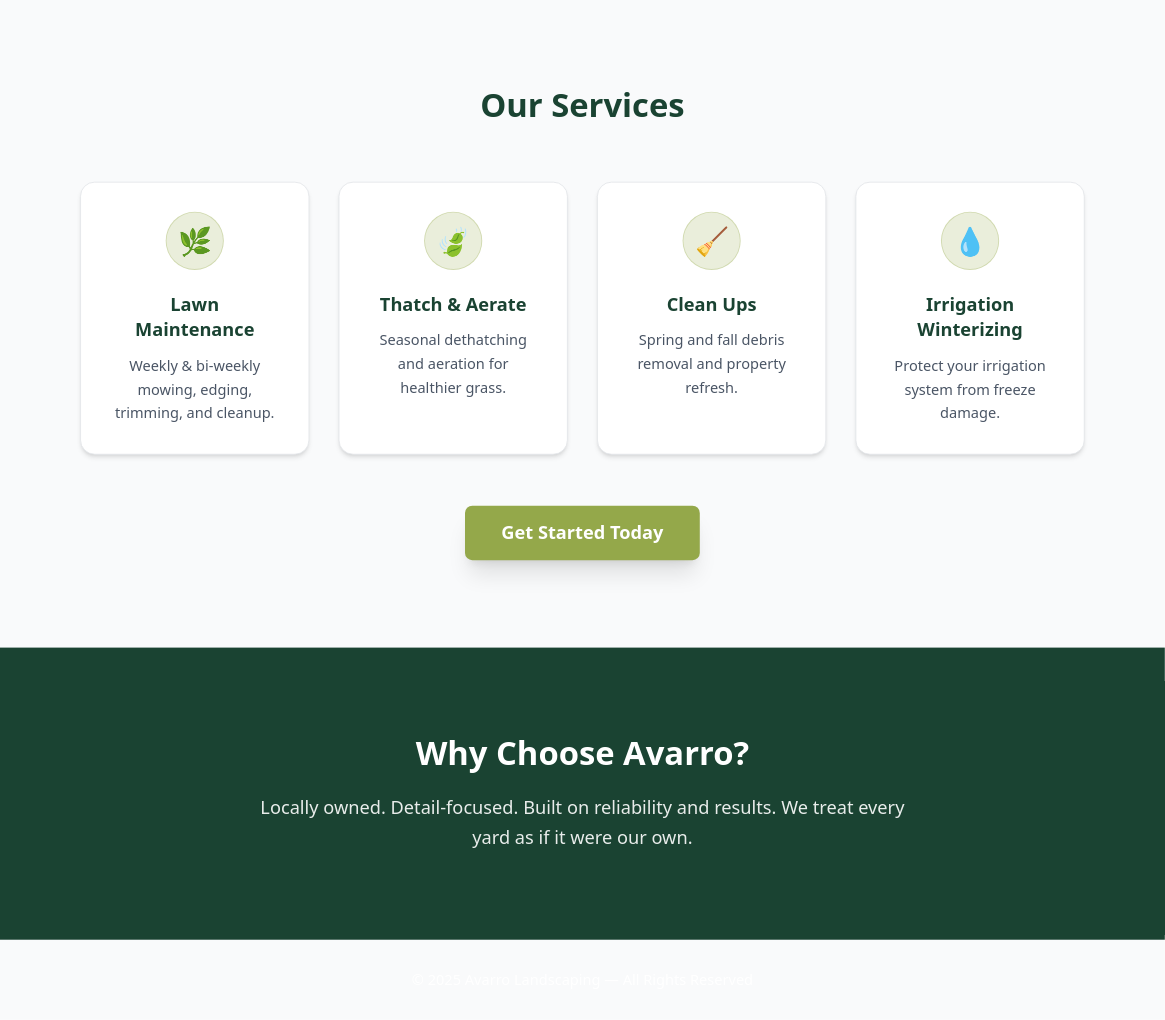
Repository: KalebMalone/Avarro
Page: /
The author's editor kept a copy of each file at every save. The page is drawn from the files as they stood at one save, then again after the next save.
The browser window is 1280 px wide. The pictures show the part of the page from y = 648 to 1769 px (the page is 1769 px tall), at 91% of full size.
The project was rebuilt for these pictures with package versions that can differ from the ones it lists, and the page was loaded fresh each time. Also part of the build but not shown: vite.config.js, src/pages/ServicesPage.jsx, src/pages/About.jsx, src/components/ContactForm.jsx, src/pages/Contact.jsx.

Above is the page before, as saved 2026-01-28 13:59:35.

### index.html
<!doctype html>
<html lang="en">
  <head>
    <meta charset="UTF-8" />
    <link rel="icon" type="image/svg+xml" href="/vite.svg" />
    <meta name="viewport" content="width=device-width, initial-scale=1.0" />
    <title>avarro-site</title>
  </head>
  <body>
    <div id="root"></div>
    <script type="module" src="/src/main.jsx"></script>
  </body>
</html>

### src/App.jsx
import { BrowserRouter as Router, Routes, Route } from "react-router-dom";
import Navbar from "./components/Navbar";
import Footer from "./components/Footer";
import Home from "./pages/Home";
import ServicesPage from "./pages/ServicesPage";
import About from "./pages/About";
import Contact from "./pages/Contact";

export default function App() {
    return (
        <Router>
            {/* min-h-screen + bg-gray-50 keeps the color consistent */}
            <div className="flex flex-col min-h-screen bg-gray-50">
                <Navbar />
                {/* flex-grow pushes footer down on short pages like Contact */}
                <main className="flex-grow pt-32 md:pt-20">
                    <Routes>
                        <Route path="/" element={<Home />} />
                        <Route path="/services" element={<ServicesPage />} />
                        <Route path="/about" element={<About />} />
                        <Route path="/contact" element={<Contact />} />
                    </Routes>
                </main>
                <Footer />
            </div>
        </Router>
    );
}

### src/components/Navbar.jsx
import { Link } from "react-router-dom";

export default function Navbar() {
    return (
        <nav className="fixed top-0 left-0 w-full h-20 bg-white shadow-md z-[100] flex items-center">
            <div className="max-w-7xl mx-auto px-4 w-full flex items-center justify-between">
                <Link to="/" className="text-xl sm:text-2xl font-extrabold text-[#1a4332] no-underline">
                    Avarro
                </Link>

                <div className="flex space-x-3 sm:space-x-8 font-semibold text-gray-700 text-sm sm:text-base">
                    <Link to="/services" className="no-underline hover:text-[#1a4332] transition">Services</Link>
                    <Link to="/about" className="no-underline hover:text-[#1a4332] transition">About</Link>
                    <Link to="/contact" className="no-underline hover:text-[#1a4332] transition">Contact</Link>
                </div>
            </div>
        </nav>
    );
}

### src/components/Footer.jsx
export default function Footer() {
    return (
        <footer className="bg-darkgreen text-white py-8 text-center">
            © {new Date().getFullYear()} Avarro Landscaping — All Rights Reserved
        </footer>
    );
}

### src/pages/Home.jsx
import Hero from "../components/Hero";
import Services from "../components/Services";
import { Link } from "react-router-dom";

export default function Home() {
    return (
        <>
            <Hero />

            <section className="py-24 bg-gray-50">
                <h2 className="text-4xl font-extrabold text-center mb-16 text-[#1a4332]">
                    Our Services
                </h2>
                <div className="max-w-6xl mx-auto px-6">
                    <Services />
                </div>

                <div className="text-center mt-14">
                    <Link
                        to="/contact"
                        className="inline-block bg-[#94a84a] hover:bg-[#1a4332] text-white px-10 py-4 rounded-lg font-bold text-xl shadow-xl no-underline transition active:scale-95"
                    >
                        Get Started Today
                    </Link>
                </div>
            </section>

            {/* Bottom Section - Now perfectly matching Deep Forest Green */}
            <section className="py-24 bg-[#1a4332] text-white text-center">
                <h2 className="text-4xl font-extrabold mb-6">
                    Why Choose Avarro?
                </h2>
                <p className="text-xl opacity-90 max-w-3xl mx-auto px-6 leading-relaxed">
                    Locally owned. Detail-focused. Built on reliability and results.
                    We treat every yard as if it were our own.
                </p>
            </section>
        </>
    );
}

### src/components/Hero.jsx
import { Link } from "react-router-dom";

export default function Hero() {
    return (
        <section className="h-[90vh] bg-[url('https://images.unsplash.com/photo-1603993097397-89e41fdbf1c0?auto=format&fit=crop&w=1950&q=80')] bg-cover bg-center -mt-32 md:-mt-20">
            <div className="h-full flex items-center bg-gradient-to-t from-black/60 to-black/30">
                <div className="max-w-4xl mx-auto px-6 text-center text-white">
                    <h1 className="text-5xl md:text-7xl font-extrabold mb-6 drop-shadow-2xl">
                        Transforming Outdoor Spaces
                    </h1>
                    <p className="text-xl md:text-2xl mb-10 opacity-90">
                        Professional, reliable landscaping services you can trust.
                    </p>
                    <Link
                        to="/contact"
                        className="inline-block bg-[#94a84a] hover:bg-[#1a4332] text-white transition px-10 py-4 rounded-full font-bold text-xl shadow-xl no-underline active:scale-95"
                    >
                        Request a Free Quote
                    </Link>
                </div>
            </div>
        </section>
    );
}

### src/components/Services.jsx
const services = [
    {
        title: "Lawn Maintenance",
        desc: "Weekly & bi-weekly mowing, edging, trimming, and cleanup.",
        icon: "🌿",
    },
    {
        title: "Thatch & Aerate",
        desc: "Seasonal dethatching and aeration for healthier grass.",
        icon: "🍃",
    },
    {
        title: "Clean Ups",
        desc: "Spring and fall debris removal and property refresh.",
        icon: "🧹",
    },
    {
        title: "Irrigation Winterizing",
        desc: "Protect your irrigation system from freeze damage.",
        icon: "💧",
    },
];

export default function Services() {
    return (
        <div className="grid grid-cols-1 sm:grid-cols-2 lg:grid-cols-4 gap-8 items-stretch">
            {services.map((service, i) => (
                <div
                    key={i}
                    className="bg-white rounded-2xl p-8 shadow-md border border-gray-200
                    hover:shadow-xl hover:-translate-y-1 transition-all duration-300
                    text-center flex flex-col items-center w-full h-full"
                >
                    {/* Icon Bubble - Now very visible */}
                    <div className="w-16 h-16 rounded-full bg-[#94a84a]/20
                        flex items-center justify-center text-3xl mb-6 border border-[#94a84a]/30">
                        {service.icon}
                    </div>

                    <h3 className="text-xl font-bold text-[#1a4332] mb-3">
                        {service.title}
                    </h3>

                    <p className="text-gray-600 leading-relaxed flex-grow">
                        {service.desc}
                    </p>
                </div>
            ))}
        </div>
    );
}

Loaded but not shown: src/main.jsx (common file); src/index.css (common file)

After the next save:
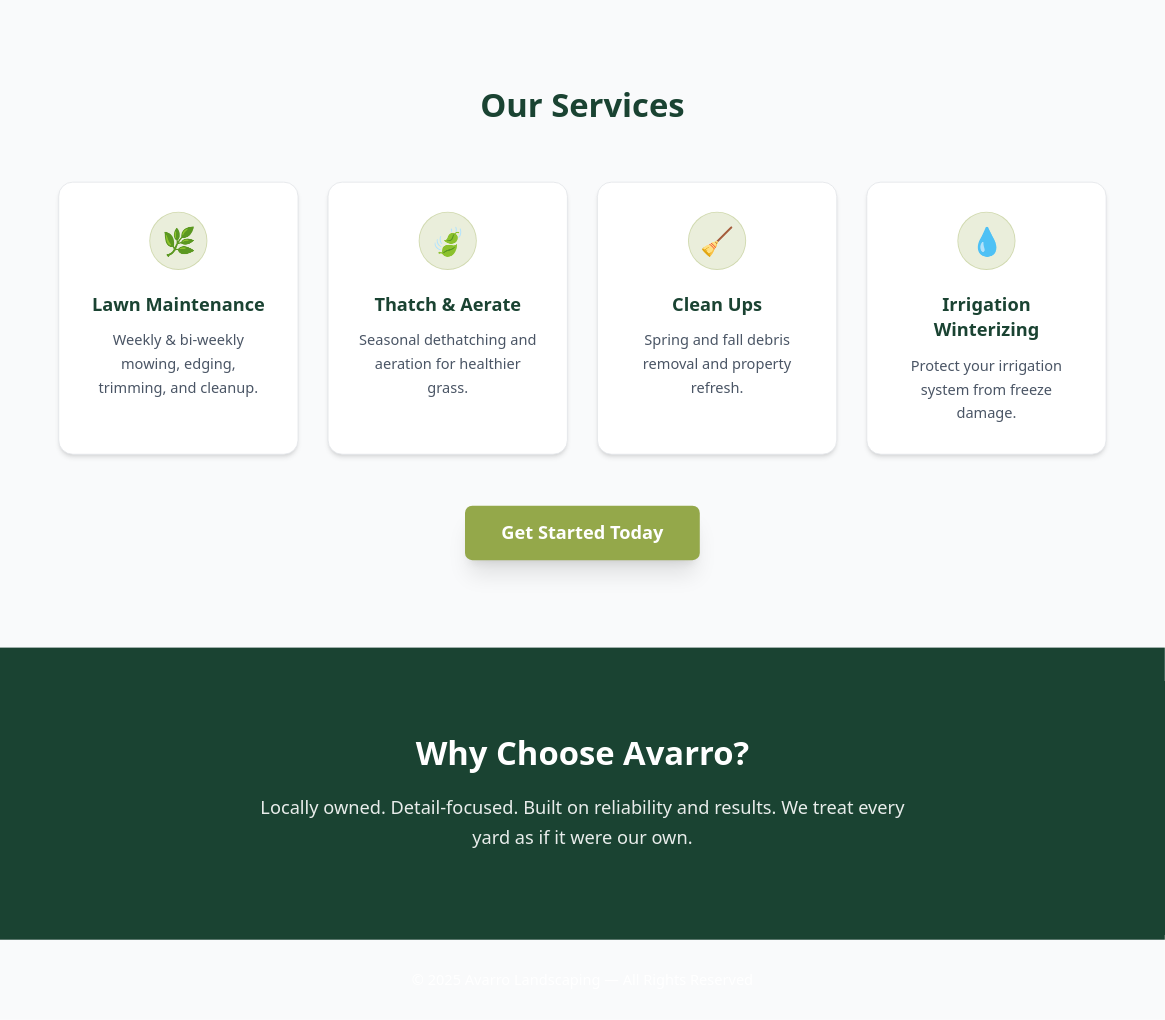
Saved 6 s later.
--- a/src/pages/Home.jsx
+++ b/src/pages/Home.jsx
@@ -4,14 +4,14 @@
 
 export default function Home() {
     return (
-        <>
+        <div className="bg-gray-50">
             <Hero />
 
-            <section className="py-24 bg-gray-50">
+            <section className="py-24 px-6">
                 <h2 className="text-4xl font-extrabold text-center mb-16 text-[#1a4332]">
                     Our Services
                 </h2>
-                <div className="max-w-6xl mx-auto px-6">
+                <div className="max-w-6xl mx-auto">
                     <Services />
                 </div>
 
@@ -25,7 +25,7 @@
                 </div>
             </section>
 
-            {/* Bottom Section - Now perfectly matching Deep Forest Green */}
+            {/* Bottom Section - Deep Forest Green */}
             <section className="py-24 bg-[#1a4332] text-white text-center">
                 <h2 className="text-4xl font-extrabold mb-6">
                     Why Choose Avarro?
@@ -35,6 +35,6 @@
                     We treat every yard as if it were our own.
                 </p>
             </section>
-        </>
+        </div>
     );
 }
